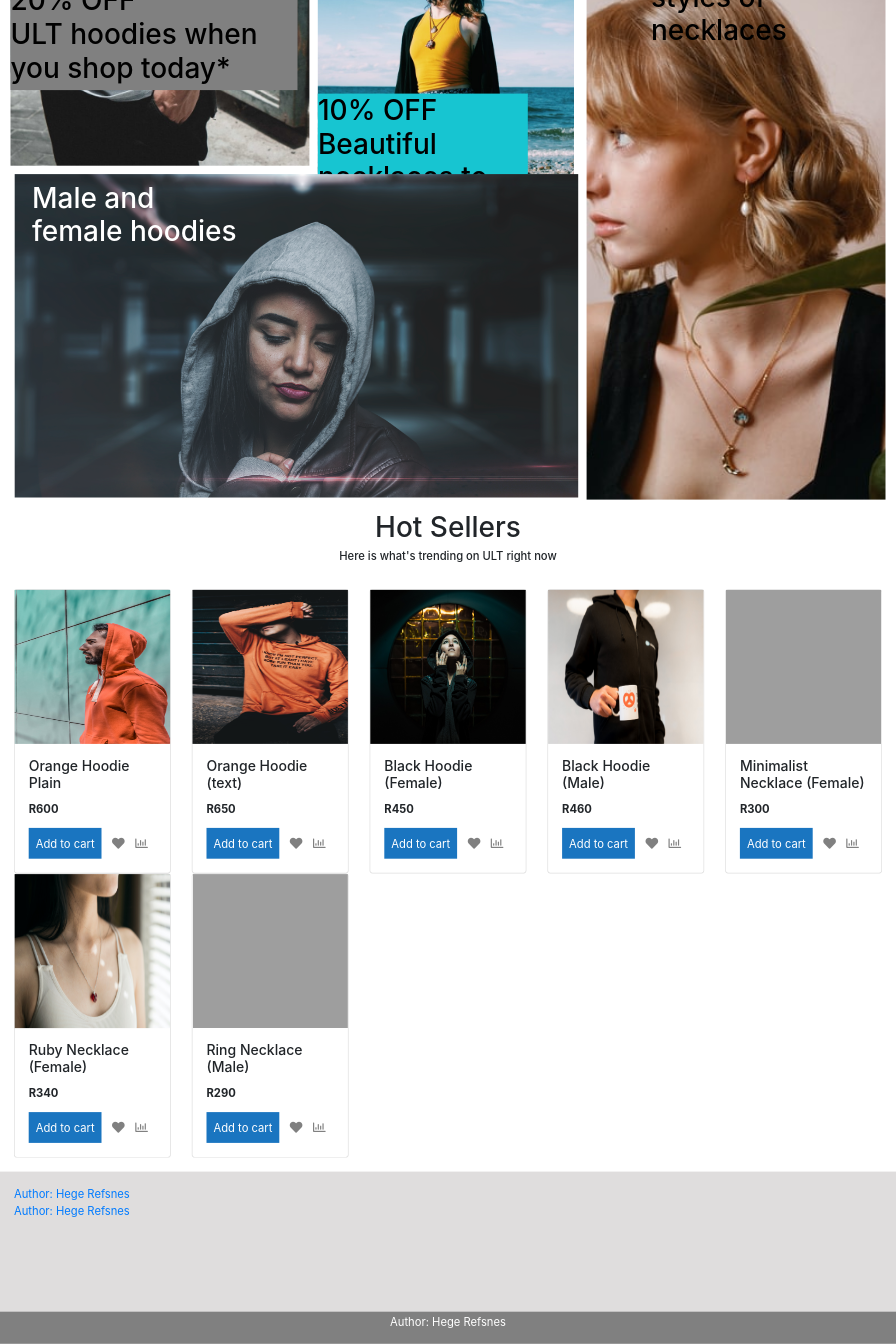
Repository: Ajtheult/Luma-Challenge-Site
Page: /
The author's editor kept a copy of each file at every save. The page is drawn from the files as they stood at one save, then again after the next save.
The browser window is 1280 px wide. The pictures show the part of the page from y = 1234 to 3154 px (the page is 3154 px tall), at 70% of full size.
Pictures or frames that could not be fetched are drawn as grey boxes. The project was rebuilt for these pictures with package versions that can differ from the ones it lists, and the page was loaded fresh each time.

Above is the page before, as saved 2020-09-01 10:48:12.

### public/index.html
<!DOCTYPE html>
<html lang="en">
  <head>
    <meta charset="utf-8" />
    <link rel="icon" href="%PUBLIC_URL%/favicon.ico" />
    <meta name="viewport" content="width=device-width, initial-scale=1" />
    <meta name="theme-color" content="#000000" />
    <meta
      name="description"
      content="Web site created using create-react-app"
    />

    <link rel="manifest" href="%PUBLIC_URL%/manifest.json" />
    <!-- Font Awesome -->
    <link
      rel="stylesheet"
      href="https://use.fontawesome.com/releases/v5.7.2/css/all.css"
      integrity="sha384-fnmOCqbTlWIlj8LyTjo7mOUStjsKC4pOpQbqyi7RrhN7udi9RwhKkMHpvLbHG9Sr"
      crossorigin="anonymous"
    />
    <!-- Font Awesome -->
    <title>E-complete</title>
  </head>
  <body>
    <noscript>You need to enable JavaScript to run this app.</noscript>
    <div id="root"></div>
  </body>
</html>

### src/App.js
import React from "react";

// Imported modules
import { BrowserRouter as Router, Switch, Route } from "react-router-dom";
// Imported modules

// Imported pages
import Home from "./components/layout/pages/home/Home";
// Imported pages

// Global css
import "./App.css";
// Global css

function App() {
  return (
    <Router>
      <div className="App">
        <Switch>
          <Route exact path="/" component={Home} />
        </Switch>
      </div>
    </Router>
  );
}

export default App;

### src/components/layout/pages/home/Home.js
import React from "react";
import Navbar from "../../nav/Navbar";
import Container from "react-bootstrap/Container";
import Row from "react-bootstrap/Row";
import Col from "react-bootstrap/Col";
import Carousel from "react-bootstrap/Carousel";
// Images
import yoga from "../../resources/yoga.jpg";
import yogatwo from "../../resources/yoga-two.jpg";
import yogathree from "../../resources/yoga-three.jpg";

import SecondHome from "./SecondHome";
import HomeFooter from "./HomeFooter";

import "./Home.css";

const Home = () => {
  return (
    <div>
      <Navbar />
      <Container fluid>
        <Row>
          <Col>
            {/* Carousel */}
            <Carousel>
              <Carousel.Item>
                <img
                  className="d-block w-100 top_size"
                  src={yoga}
                  alt="First slide"
                />
                <Carousel.Caption>
                  <h3>New ULT yoga collection</h3>
                  <p>Clothing that is perfect for zen sessions</p>
                </Carousel.Caption>
              </Carousel.Item>
              <Carousel.Item>
                <img
                  className="d-block w-100 top_size"
                  src={yogatwo}
                  alt="Third slide"
                />

                <Carousel.Caption>
                  <h3>New ULT yoga collection</h3>
                  <p>Beautiful bracelets to fit the look</p>
                </Carousel.Caption>
              </Carousel.Item>
              <Carousel.Item>
                <img
                  className="d-block w-100 top_size"
                  src={yogathree}
                  alt="Third slide"
                />

                <Carousel.Caption>
                  <h3>New ULT yoga collection</h3>
                  <p>Be happy...like her...don't you wanna be happy?</p>
                </Carousel.Caption>
              </Carousel.Item>
            </Carousel>
          </Col>
        </Row>
        {/* Block frame */}
        <Row>
          <Col>
            <div class="container bg-no-overlay">
              <div class="row left">
                <h1>
                  20% OFF <br /> ULT hoodies when you shop today*
                </h1>
              </div>
            </div>
          </Col>
          <Col>
            <div class="container bg-no-overlay-two">
              <div class="row top">
                <h1>
                  30% OFF <br />
                  Get them fresh kicks
                </h1>
              </div>
            </div>
          </Col>
        </Row>
        <Row>
          <Col>
            <div class="container bg-no-overlay-three">
              <div class="row middle">
                <h1>
                  10% OFF <br /> Beautiful necklaces to flex
                </h1>
              </div>
            </div>
          </Col>
          <Col>
            <div class="container bg-no-overlay-four">
              <div class="row right">
                <h1>Many different styles of necklaces</h1>
              </div>
            </div>

            <div class="container bg-no-overlay-five">
              <div class="row bottom">
                <h1>Male and female hoodies</h1>
              </div>
            </div>
          </Col>
        </Row>
      </Container>
      <SecondHome />
      <HomeFooter />
    </div>
  );
};

export default Home;

### src/components/layout/nav/Navbar.js
import React from "react";
import Nav from "react-bootstrap/Nav";

import Form from "react-bootstrap/Form";

import "./Navbar.css";

const Navbar = () => {
  return (
    <div>
      <Nav className="justify-content-left" activeKey="/home">
        <Nav.Link href="/home">
          <img
            src="https://images.unsplash.com/photo-1462899006636-339e08d1844e?ixlib=rb-1.2.1&ixid=eyJhcHBfaWQiOjEyMDd9&auto=format&fit=crop&w=1050&q=80"
            alt="logo"
            className="logo"
          />
        </Nav.Link>
        <h6 className="logo-text">ULT</h6>
        <Nav.Link className="search_bar">
          {" "}
          <Form>
            <Form.Row>
              <Form.Group>
                <Form.Control
                  className="search_bar"
                  type="search"
                  placeholder="Search engine store here... "
                />
              </Form.Group>
            </Form.Row>
          </Form>
        </Nav.Link>
        <Nav.Link></Nav.Link>
        <i class="fas fa-shopping-cart icon"></i>
      </Nav>
      <Nav className="justify-content-left bottom_nav" activeKey="/home">
        <Nav.Item>
          <Nav.Link href="#" className="colour_of_nav_text">
            What's New
          </Nav.Link>
        </Nav.Item>
        <Nav.Item>
          <Nav.Link href="#" className="colour_of_nav_text">
            Women
          </Nav.Link>
        </Nav.Item>
        <Nav.Item>
          <Nav.Link href="#" className="colour_of_nav_text">
            Men
          </Nav.Link>
        </Nav.Item>
        <Nav.Item>
          <Nav.Link href="#" className="colour_of_nav_text">
            Gear
          </Nav.Link>
        </Nav.Item>
        <Nav.Item>
          <Nav.Link href="#" className="colour_of_nav_text">
            Training
          </Nav.Link>
        </Nav.Item>
        <Nav.Item>
          <Nav.Link href="#" className="colour_of_nav_text">
            Sale
          </Nav.Link>
        </Nav.Item>
      </Nav>
    </div>
  );
};

export default Navbar;

### src/components/layout/pages/home/SecondHome.js
import React from "react";
import "./SecondHome.css";

import Row from "react-bootstrap/Row";
import Col from "react-bootstrap/Col";
import Card from "react-bootstrap/Card";
// images
import one from "../../resources/SecondHome/one.jpg";
import two from "../../resources/SecondHome/two.jpg";
import three from "../../resources/SecondHome/three.jpg";
import four from "../../resources/SecondHome/four.jpg";
import five from "../../resources/SecondHome/five.jpg";
import six from "../../resources/SecondHome/six.jpg";
import seven from "../../resources/SecondHome/seven.jpg";

const SecondHome = () => {
  return (
    <div>
      <div>
        <h1 className="heading">Hot Sellers</h1>
        <h6>Here is what's trending on ULT right now</h6>
      </div>
      <div className="cards">
        <Row>
          {/* 1 */}
          <Col>
            <Card style={{ width: "14rem" }}>
              <img
                variant="top"
                src={one}
                className="image-heights"
                alt="one"
              />

              <Card.Body>
                <Card.Title>Orange Hoodie Plain</Card.Title>
                <Card.Text>R600</Card.Text>
                <button className="buttons">Add to cart</button>
                <i class="fas fa-heart heart-icon-card"></i>
                <i class="far fa-chart-bar heart-icon-card"></i>
              </Card.Body>
            </Card>
          </Col>
          {/* 2 */}
          <Col>
            <Card style={{ width: "14rem" }}>
              <img
                variant="top"
                src={two}
                className="image-heights"
                alt="two"
              />
              <Card.Body>
                <Card.Title>Orange Hoodie (text)</Card.Title>
                <Card.Text>R650</Card.Text>
                <button className="buttons">Add to cart</button>
                <i class="fas fa-heart heart-icon-card"></i>
                <i class="far fa-chart-bar heart-icon-card"></i>
              </Card.Body>
            </Card>
          </Col>
          {/* 3 */}
          <Col>
            <Card style={{ width: "14rem" }}>
              <img
                variant="top"
                src={three}
                className="image-heights"
                alt="three"
              />
              <Card.Body>
                <Card.Title>Black Hoodie (Female)</Card.Title>
                <Card.Text>R450</Card.Text>
                <button className="buttons">Add to cart</button>
                <i class="fas fa-heart heart-icon-card"></i>
                <i class="far fa-chart-bar heart-icon-card"></i>
              </Card.Body>
            </Card>
          </Col>
          {/* 4 */}
          <Col>
            <Card style={{ width: "14rem" }}>
              <img
                variant="top"
                src={four}
                className="image-heights"
                alt="four"
              />
              <Card.Body>
                <Card.Title>Black Hoodie (Male)</Card.Title>
                <Card.Text>R460</Card.Text>
                <button className="buttons">Add to cart</button>
                <i class="fas fa-heart heart-icon-card"></i>
                <i class="far fa-chart-bar heart-icon-card"></i>
              </Card.Body>
            </Card>
          </Col>
          {/* 5 */}
          <Col>
            <Card style={{ width: "14rem" }}>
              <img
                variant="top"
                src={five}
                className="image-heights"
                alt="five"
              />
              <Card.Body>
                <Card.Title>Minimalist Necklace (Female)</Card.Title>
                <Card.Text>R300</Card.Text>
                <button className="buttons">Add to cart</button>
                <i class="fas fa-heart heart-icon-card"></i>
                <i class="far fa-chart-bar heart-icon-card"></i>
              </Card.Body>
            </Card>
          </Col>
          {/* 6 */}
          <Col>
            <Card style={{ width: "14rem" }}>
              <img
                variant="top"
                src={six}
                className="image-heights"
                alt="six"
              />
              <Card.Body>
                <Card.Title>Ruby Necklace (Female)</Card.Title>
                <Card.Text>R340</Card.Text>
                <button className="buttons">Add to cart</button>
                <i class="fas fa-heart heart-icon-card"></i>
                <i class="far fa-chart-bar heart-icon-card"></i>
              </Card.Body>
            </Card>
          </Col>
          {/* 7 */}
          <Col>
            <Card style={{ width: "14rem" }}>
              <img
                variant="top"
                src={seven}
                className="image-heights"
                alt="seven"
              />
              <Card.Body>
                <Card.Title>Ring Necklace (Male)</Card.Title>
                <Card.Text>R290</Card.Text>
                <button className="buttons">Add to cart</button>
                <i class="fas fa-heart heart-icon-card"></i>
                <i class="far fa-chart-bar heart-icon-card"></i>
              </Card.Body>
            </Card>
          </Col>
          <Col></Col>
          <Col></Col>
          <Col></Col>
        </Row>
      </div>
    </div>
  );
};

export default SecondHome;

### src/components/layout/pages/home/HomeFooter.js
import React from "react";
import "./HomeFooter.css";

const HomeFooter = () => {
  return (
    <div>
      <div className="footer">
        <div className="div-one">
          <a href="#home">Author: Hege Refsnes</a> <br />
          <a href="#home">Author: Hege Refsnes</a>
        </div>
      </div>
      <div className="footer-two">
        <p>
          Author: Hege Refsnes
          <br />
        </p>
      </div>
    </div>
  );
};

export default HomeFooter;

### src/components/layout/pages/home/Home.css
.top_size {
  width: 100%;
  height: 500px;
  margin-top: 1%;
}

.bg-no-overlay {
  /* Left */
  background: url("../../resources/hoodie.jpg");
  background-repeat: no-repeat;
  background-size: cover;
  background-position: center center;
  color: #fff;
  float: left;
  width: 70%;
  height: 850px;
  margin-top: 2%;
}

.bg-no-overlay-two {
  /* top */
  background: url("../../resources/shoe.jpg");
  background-repeat: no-repeat;
  background-size: cover;
  background-position: center center;
  color: #fff;
  width: 132%;
  height: 450px;
  margin-top: 2%;
  float: right;
}

.bg-no-overlay-three {
  /* middle */
  background: url("../../resources/beach.jpg");
  background-repeat: no-repeat;
  background-size: cover;
  background-position: center center;
  color: #fff;
  width: 60%;
  height: 388px;
  margin-top: -53%;
  margin-right: -32%;
  float: right;
}

.bg-no-overlay-four {
  /* right */
  background: url("../../resources/garden.jpg");
  background-repeat: no-repeat;
  background-size: cover;
  background-position: center center;
  color: #fff;
  width: 70%;
  height: 800px;
  margin-top: -53%;
  margin-left: 20%;
  float: right;
}

.bg-no-overlay-five {
  /* bottom */
  background: url("../../resources/forest.jpg");
  background-repeat: no-repeat;
  background-size: cover;
  background-position: center center;
  color: #fff;
  width: 132%;
  height: 97%;
  margin-top: 2%;
  margin-left: -104%;
}

.left {
  text-align: left;
  margin-top: 590px;
  width: 410px;
  color: black;
  background-color: grey;
}

.top {
  float: right;
  text-align: right;
  color: black;
  margin-top: 70px;
}

.middle {
  text-align: left;
  float: left;
  background-color: rgb(23, 197, 209);
  color: black;
  width: 300px;
  margin-top: 220px;
}

.right {
  text-align: left;
  float: right;
  color: black;
  width: 335px;
  margin-top: 10px;
}

.bottom {
  text-align: left;
  float: left;
  color: white;
  width: 303px;
  margin-left: 10px;
  margin-top: 10px;
}

.carousel-caption {
  background-color: rgba(129, 41, 41, 0.493);
  width: 70%;
}

### src/components/layout/nav/Navbar.css
.bottom_nav {
  background-color: rgb(233, 224, 224);
  margin-top: -10px;
}

.colour_of_nav_text {
  color: black;
  font-size: 80%;
}

.logo {
  width: 50px;
  height: 50px;
  border-radius: 50%;
}

.logo-text {
  margin-top: 13px;
  font-size: 30px;
}

.search_bar {
  margin-left: auto;
  margin-top: 5px;
  font-size: 10px;
}

.icon {
  margin-top: 25px;
  margin-right: 20px;
  color: grey;
}

### src/components/layout/pages/home/SecondHome.css
.heading {
  margin-top: 15px;
}

.cards {
  width: 100%;
  padding: 20px;
  padding-top: 30px;
}

.second-row {
  margin-top: 10px;
  margin: 10px;
  padding-left: 50px;
}

.image-heights {
  height: 220px;
}

.card-body {
  text-align: left;
}

.card-text {
  font-weight: bold;
}

.buttons {
  padding: 10px;
  background-color: rgb(26, 117, 192);
  border: none;
  color: white;
}

.heart-icon-card {
  margin-left: 15px;
  font-size: 18px;
  color: grey;
}

### src/components/layout/pages/home/HomeFooter.css
.footer {
  text-align: left;
  padding: 20px;
  background-color: rgb(223, 221, 221);
  color: grey;
  height: 200px;
}

.footer-two {
  text-align: center;
  padding: 3px;
  background-color: grey;
  color: white;
}

.footer .div-one {
}

Loaded but not shown: src/index.js (common file); src/App.css (common file)

After the next save:
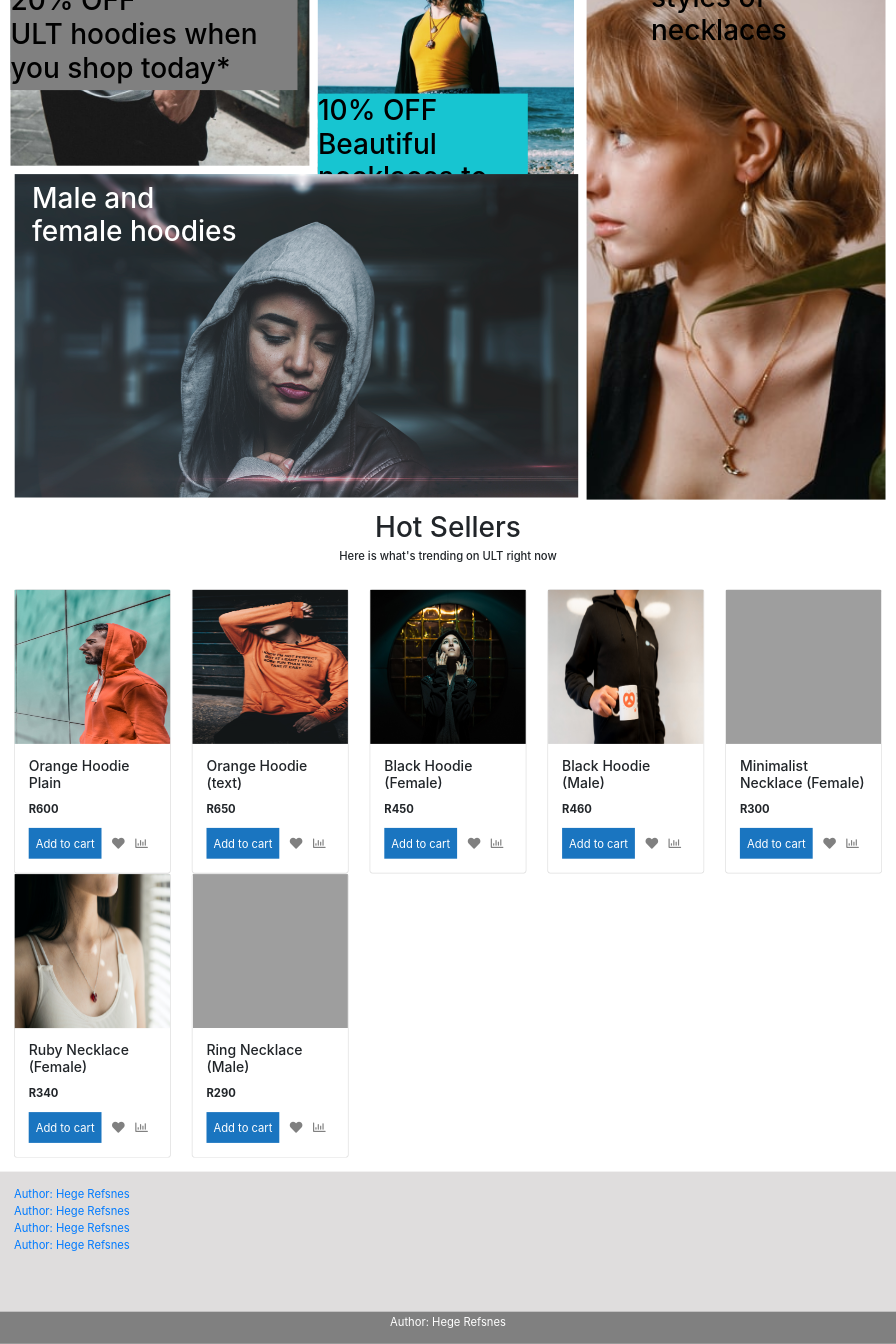
Saved 8 s later.
--- a/src/components/layout/pages/home/HomeFooter.js
+++ b/src/components/layout/pages/home/HomeFooter.js
@@ -5,6 +5,10 @@
   return (
     <div>
       <div className="footer">
+        <div className="div-one">
+          <a href="#home">Author: Hege Refsnes</a> <br />
+          <a href="#home">Author: Hege Refsnes</a>
+        </div>
         <div className="div-one">
           <a href="#home">Author: Hege Refsnes</a> <br />
           <a href="#home">Author: Hege Refsnes</a>
